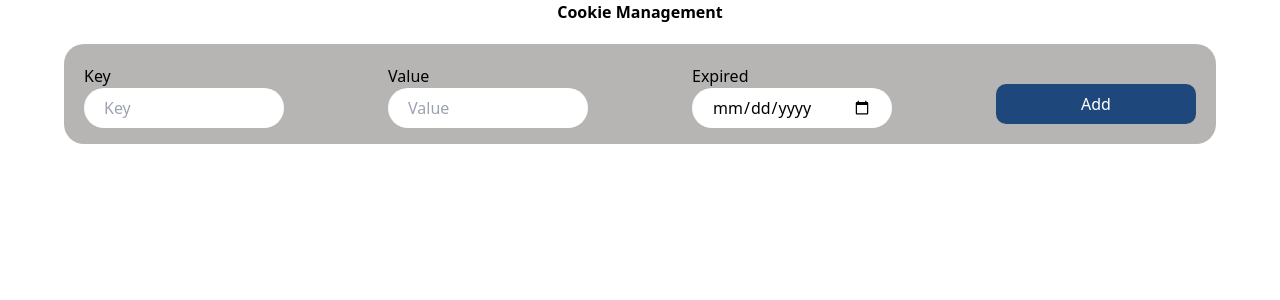
Repository: Sarah7223/internet-programming-tp
Page: TP3/TP03.3.html
The author's editor kept a copy of each file at every save. The page is drawn from the files as they stood at one save, then again after the next save.
The browser window is 1280 px wide. The pictures show the whole page.
Some web libraries are served in a nearby version.

Above is the page before, as saved 2023-01-13 17:41:35.

After the next save:
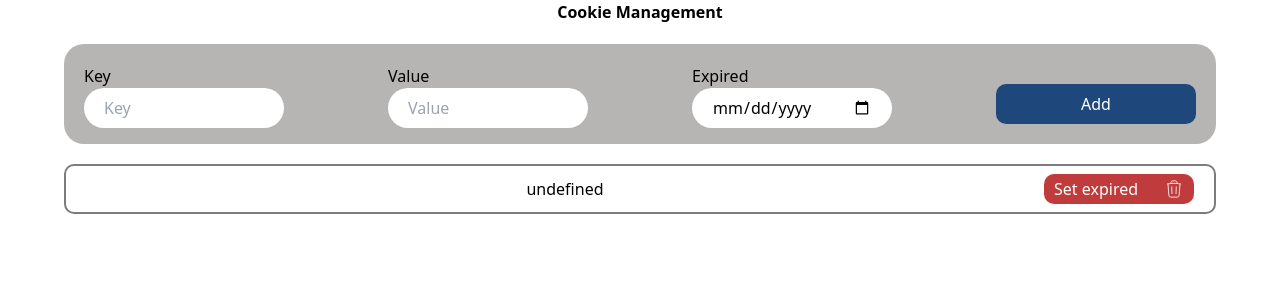
Saved 12 s later.
--- a/TP3/TP03.3.html
+++ b/TP3/TP03.3.html
@@ -142,7 +142,7 @@
             console.log(key);
 
             document.cookie = key+"=; expires=Thu, 01 Jan 1970 00:00:00 UTC; path=/;";
-            //renderList();
+            renderList();
 
         }
 
@@ -176,7 +176,7 @@
             });
             document.getElementById("list-wrapper").innerHTML = listContent;
         }
-        //renderList();
+        renderList();
 
     </script>
 </body>
